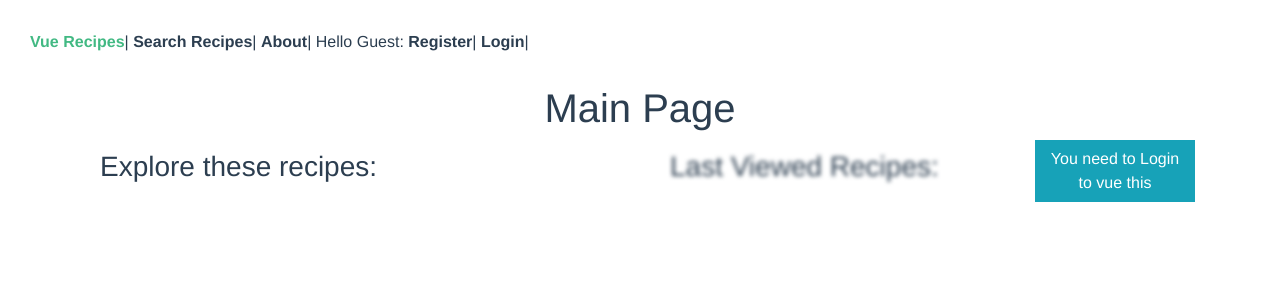
Repository: chenshor/cooking-site
Page: /
The author's editor kept a copy of each file at every save. The page is drawn from the files as they stood at one save, then again after the next save.
The browser window is 1280 px wide. The pictures show the whole page.
The page's requests for data from a server got no answer. The project was rebuilt for these pictures with package versions that can differ from the ones it lists, and the page was loaded fresh each time. No one was signed in, and anything a server would have sent is missing. Also part of the build but not shown: vue.config.js, src/components/RecipePreview.vue, src/pages/NotFoundPage.vue, src/components/IngredientSpoon.vue, src/components/Favorite.vue, src/pages/RecipePage.vue, src/assets/countries.js, src/pages/RegisterPage.vue and 7 more.

Above is the page before, as saved 2020-06-22 00:29:19.

After the next save:
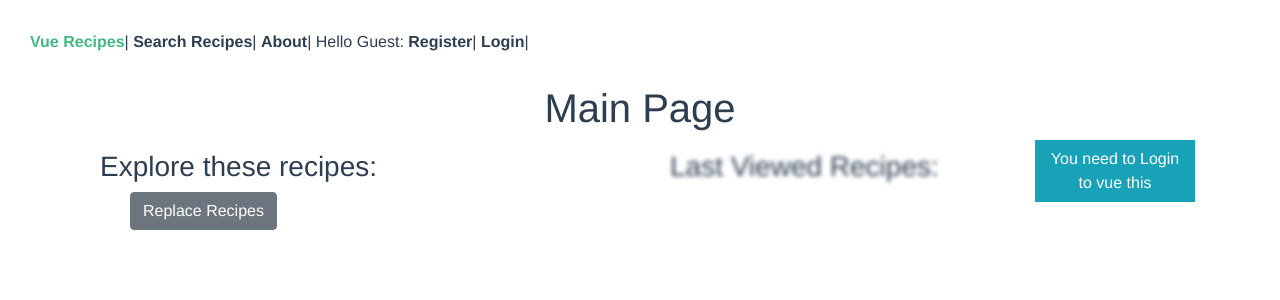
Saved 19 h 29 min later.
--- a/src/components/RecipePreviewList.vue
+++ b/src/components/RecipePreviewList.vue
@@ -7,6 +7,9 @@
     <b-col>
       <b-col v-for="r in recipes" :key="r.id">
         <RecipePreview class="recipePreview" :recipe="r" />
+      </b-col>
+      <b-col>
+        <b-button v-on:click="updateRecipes">Replace Recipes</b-button>
       </b-col>
     </b-col>
   </b-container>
@@ -36,26 +39,15 @@ export default {
   methods: {
     async updateRecipes() {
       try {
-        ///////////////////////////////////////////////////////////////////// REPLACE!!!!!!!!!!!!!!!!!!!!!!!
         const response = await this.axios.get(
           "https://ass3-2.herokuapp.com/recipes/randomRecipes"
         );
-        //////////////////////////////////////////////////////////////////////////////////
-        // erans server
-        // const response = await this.axios.get(
-        //   "https://test-for-3-2.herokuapp.com/recipes/random"
-        // );
-
-        // const response = await this.axios.get(
-        //   "https://ass3-2.herokuapp.com/recipes/FamilyRecipePreview"
-        // );
 
         console.log(response);
         const recipes = response.data.randomRecipes; /////// change to randomRecipes
 
         this.recipes = [];
         this.recipes.push(...recipes);
-        // console.log(this.recipes);
       } catch (error) {
         console.log(error);
       }
